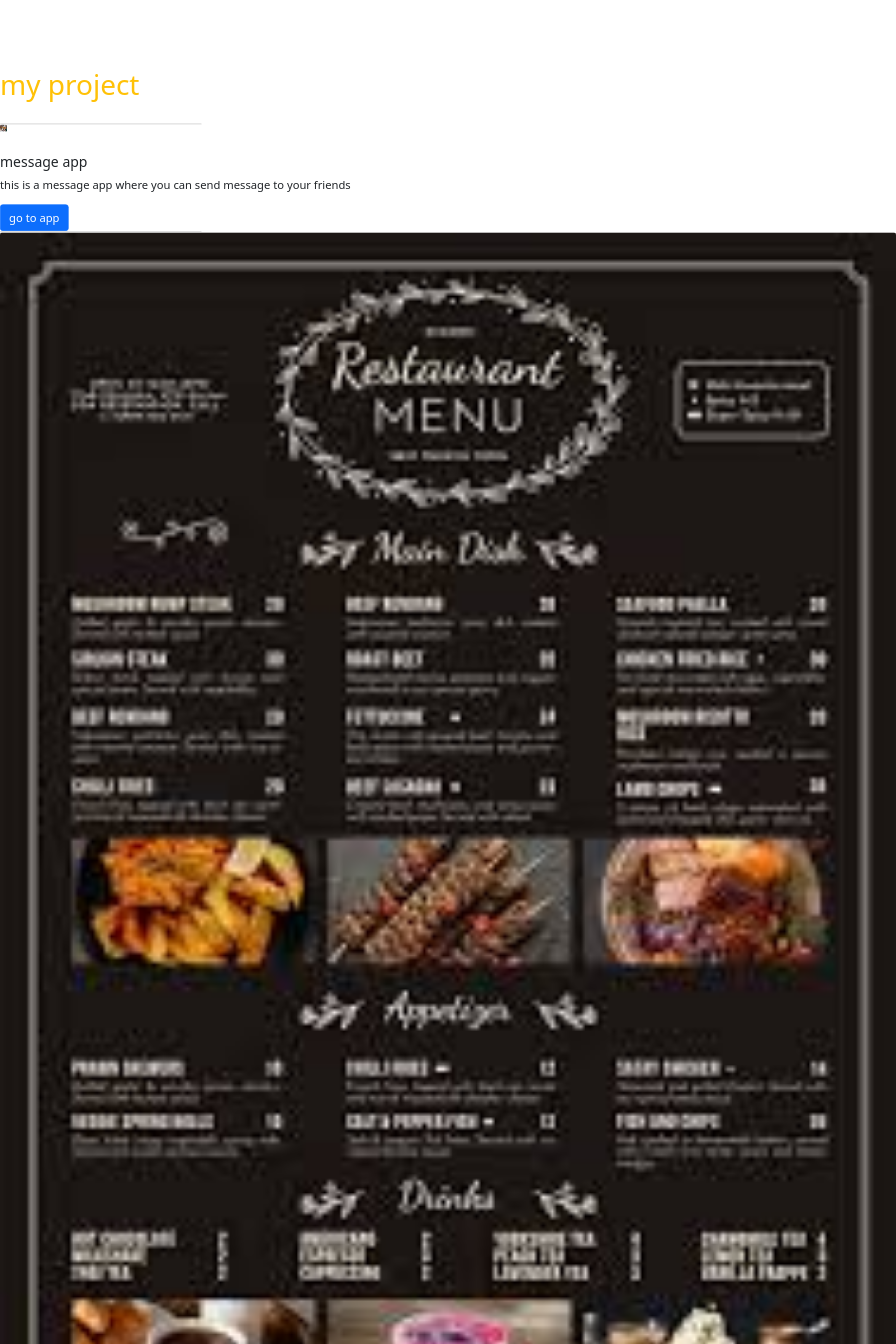
Repository: abeera518/part-2
Page: project.html
An editor plug-in stored every save of this project. The page is shown before and after a run of saves, followed by the edit.
The browser window is 1280 px wide. The pictures show the part of the page from y = 0 to 1920 px (the page is 2930 px tall before and 1132 px after), at 70% of full size.
Pictures or frames that could not be fetched are drawn as grey boxes.

Above is the page before, as saved 2025-11-20 23:30:43.

After the next 3 saves:
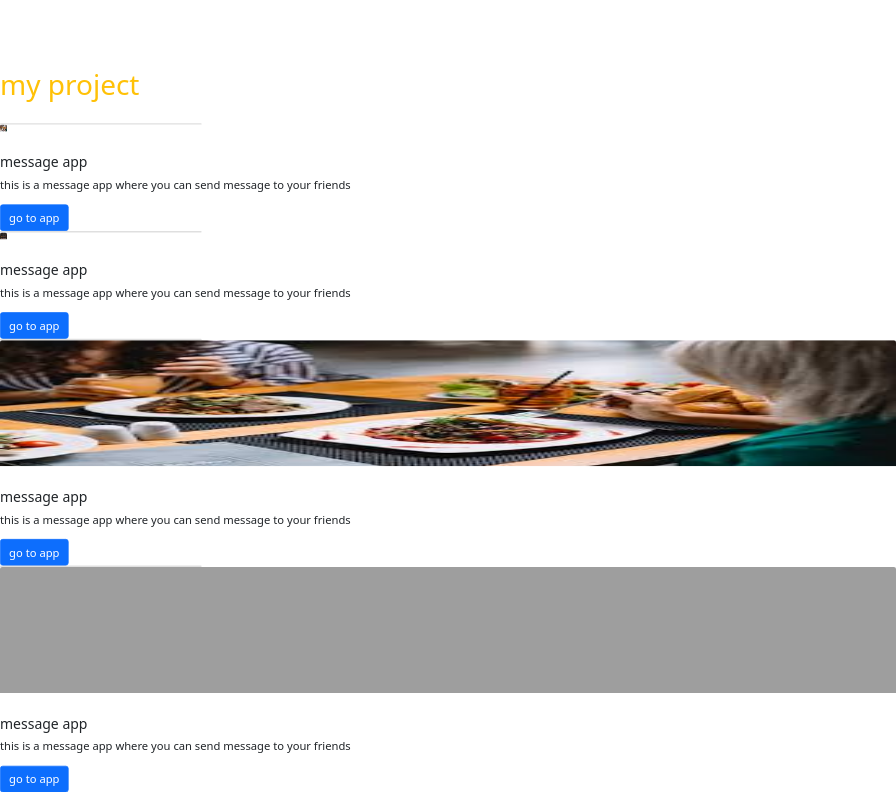
The 3 saves are shown as one change because they came seconds apart.
The last was saved 12 s later.
--- a/project.html
+++ b/project.html
@@ -24,7 +24,7 @@
     <div class="row"></div>
     <div class="card" style="width:18rem;"></div>
     <img src="download (1).jpg" class="card-img-top"
-        style="height:10 width:10;">
+        style="height:10 ;width:10;">
     <div class="card-body"></div>
     <h5 class="card-title">message app</h5>
     <p class="card-text">this is a message app where you can send message to your friends</p>
